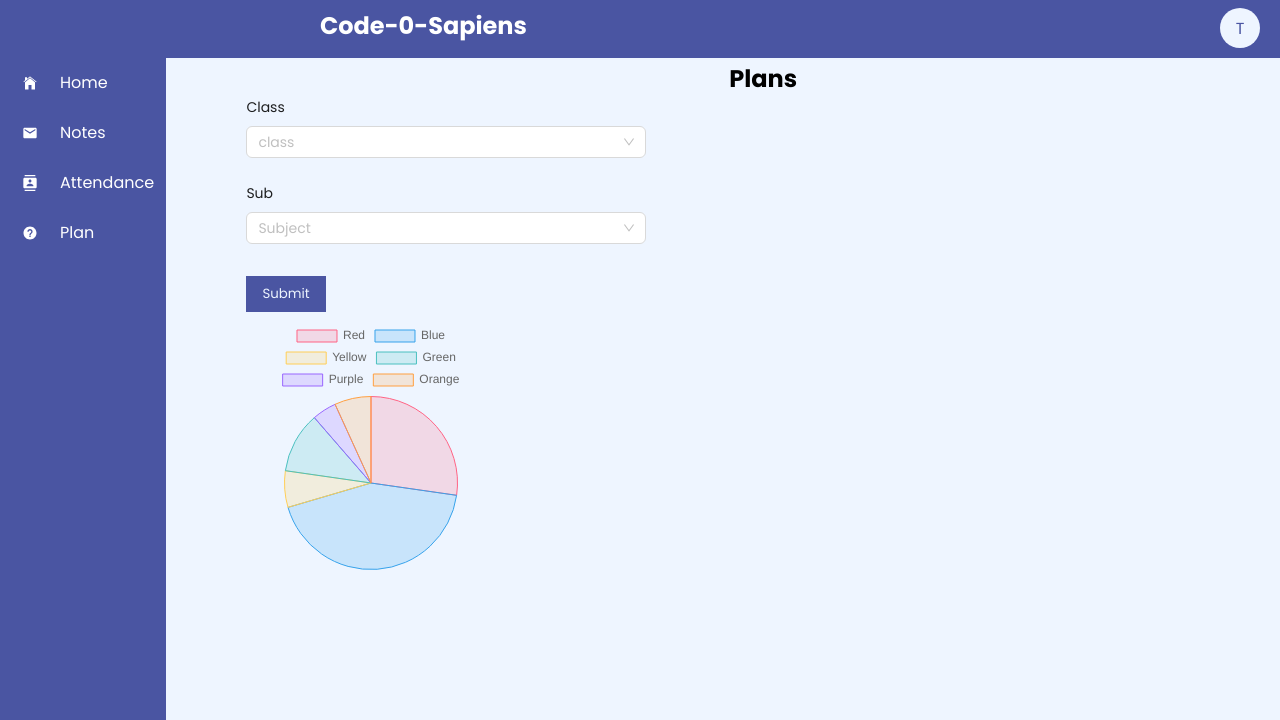
Repository: sinchana-P/code-0-sapiens
Page: /plans (app in client/)
The author's editor kept a copy of each file at every save. The page is drawn from the files as they stood at one save, then again after the next save.
The browser window is 1280 px wide. The pictures show the whole page.
The project was rebuilt for these pictures with package versions that can differ from the ones it lists, and the page was loaded fresh each time. Also part of the build but not shown: client/src/components/auth/login/FormLayoutLogin.jsx, client/src/components/auth/login/Login.jsx, client/src/components/auth/register/FormLayoutRegister.jsx, client/src/components/auth/register/Register.jsx, client/src/components/homeScene/Home.jsx, client/src/components/notes/Notes.jsx, client/src/components/attendance/Attendance.jsx, client/src/components/profile/Profile.jsx and 5 more.

Above is the page before, as saved 2024-03-01 07:28:38.

### client/public/index.html
<!DOCTYPE html>
<html lang="en">
  <head>
    <meta charset="utf-8" />
    <link rel="icon" href="%PUBLIC_URL%/favicon.ico" />
    <meta name="viewport" content="width=device-width, initial-scale=1" />
    <meta name="theme-color" content="#000000" />
    <meta
      name="description"
      content="Web site created using create-react-app"
    />
    <link rel="apple-touch-icon" href="%PUBLIC_URL%/logo192.png" />
    <!--
      manifest.json provides metadata used when your web app is installed on a
      user's mobile device or desktop. See https://developers.google.com/web/fundamentals/web-app-manifest/
    -->
    <link rel="manifest" href="%PUBLIC_URL%/manifest.json" />
    <!--
      Notice the use of %PUBLIC_URL% in the tags above.
      It will be replaced with the URL of the `public` folder during the build.
      Only files inside the `public` folder can be referenced from the HTML.

      Unlike "/favicon.ico" or "favicon.ico", "%PUBLIC_URL%/favicon.ico" will
      work correctly both with client-side routing and a non-root public URL.
      Learn how to configure a non-root public URL by running `npm run build`.
    -->
    <link rel="preconnect" href="https://fonts.googleapis.com">
<link rel="preconnect" href="https://fonts.gstatic.com" crossorigin>
<link href="https://fonts.googleapis.com/css2?family=Poppins:ital,wght@0,100;0,200;0,300;0,400;0,500;0,600;0,700;0,800;0,900;1,100;1,200;1,300;1,400;1,500;1,600;1,700;1,800;1,900&display=swap" rel="stylesheet">
    <title>Code-0-Sapiens</title>
  </head>
  <body>
    <noscript>You need to enable JavaScript to run this app.</noscript>
    <div id="root"></div>
    <!--
      This HTML file is a template.
      If you open it directly in the browser, you will see an empty page.

      You can add webfonts, meta tags, or analytics to this file.
      The build step will place the bundled scripts into the <body> tag.

      To begin the development, run `npm start` or `yarn start`.
      To create a production bundle, use `npm run build` or `yarn build`.
    -->
  </body>
</html>

### client/src/index.js
import React from 'react';
import ReactDOM from 'react-dom/client';
import './index.css';
import App from './App';
import reportWebVitals from './reportWebVitals';
import { BrowserRouter } from 'react-router-dom'
import { apiSlice } from './api/apiSlice';
import {ApiProvider} from '@reduxjs/toolkit/query/react'

const root = ReactDOM.createRoot(document.getElementById('root'));
root.render(
  <BrowserRouter>
    <React.StrictMode>
      <ApiProvider api={apiSlice}>
        <App />
      </ApiProvider>
    </React.StrictMode>
  </BrowserRouter>,
);

// If you want to start measuring performance in your app, pass a function
// to log results (for example: reportWebVitals(console.log))
// or send to an analytics endpoint. Learn more: https://bit.ly/CRA-vitals
reportWebVitals();

### client/src/App.jsx

import './App.css';
import { useState } from 'react';
import { Routes, Route } from 'react-router-dom'
import Login from './components/auth/login/Login'
import Register from './components/auth/register/Register';
import Topbar from './components/global/topbar/Topbar';
import Sidebar from './components/global/sidebar/Sidebar';
import Home from './components/homeScene/Home';
import Notes from './components/notes/Notes';
import Plans from './components/plans/Plans';
import Attendance from './components/attendance/Attendance';
import Profile from './components/profile/Profile';
import StudentSidebar from './components/global/sidebar/StudentSidebar';
import StdHome from './components/stdHome/StdHome';
import StdAttendance from './components/stdAttendance/StdAttendance'
import StdNotes from './components/stdNotes/StdNotes';
import StdDoubts from './components/stdDoubts/StdDoubts';

function App() {
  const [userRole, setUserRole] = useState('Teacher')

  return (
    <div className="App">
      <div className='app-container'>

      <Topbar userRole={userRole}/>

        <div className='main-content'>
          <div className='left-content-container'>

          {
            userRole === 'Teacher' ? (<Sidebar /> ) : (<StudentSidebar /> )
          }

          </div>
          <div className='right-content-container'>
            <Routes>
              <Route path='/login' element={ <Login/> } />
              <Route path='/register' element={ <Register/> } />
              <Route path='/home' element={ <Home/> } />
              <Route path='/notes' element={ <Notes/> } />
              <Route path='/attendance' element={ <Attendance/> } />
              <Route path='/plans' element={ <Plans/> } />
              {/* <Route path='/profile' element={ <Profile/> } /> */}
              <Route path='/student' element={ <StdHome/> } />
              <Route path='/student/attendance' element={ <StdAttendance/> } />
              <Route path='/student/attendance' element={ <StdNotes/> } />
              <Route path='/student/attendance' element={ <StdDoubts/> } />
            </Routes>
          </div>
        </div>
      </div>

    </div>
  );
}

export default App;

### client/src/api/apiSlice.js
import {createApi,fetchBaseQuery} from '@reduxjs/toolkit/query/react'


export const apiSlice = createApi({
       reducerPath:"api",
       baseQuery:fetchBaseQuery({baseUrl:""}),
       tagTypes:['auth', 'student'],
       endpoints:(builder)=>({
        register: builder.mutation({
            query: (data) => ({
                url: '/register',
                method: "POST",
                body: data
            }),
            invalidatesTags:['auth']
        }),
        login: builder.mutation({
            query: (data) => ({
                url: '/login',
                method: "POST",
                body: data
            }),
            invalidatesTags:['auth']
        }),
            //   getTodos:builder.query({
            //          query:()=>'/auth',
            //          transformResponse: (res: Todo[]) =>  {
            //                 // Ensure res is an array before sorting
            //                 console.log(res);

            //                 if (Array.isArray(res)) {
            //                     return res.sort((a, b) => b.id - a.id);
            //                 } else {
            //                     return res;
            //                 }
            //             },

            //          providesTags:['todos']
            //   }),
            //   addTodo:builder.mutation({
            //          query:(todo)=>({
            //                 url:'/todos',
            //                 method:"POST",
            //                 body:todo
            //          }),
            //          invalidatesTags:['todos']
            //   }),
            //   updateTodo:builder.mutation({
            //          query:(todo)=>({
            //                 url:/todos/${todo.id},
            //                 method:'PATCH',
            //                 body:todo
            //          }),
            //          invalidatesTags:['todos']
            //   }),
            //   deleteTodo:builder.mutation({
            //          query:(id)=>({

            //                 url:/todos/${id},
            //                 method:'DELETE',
            //                 body:id
            //          }),
            //          invalidatesTags:['todos']
            //   })

       })
})

export const { useRegisterMutation,useLoginMutation } = apiSlice

### client/src/App.css
@import url('https://fonts.googleapis.com/css2?family=Poppins:ital,wght@0,100;0,200;0,300;0,400;0,500;0,600;0,700;0,800;0,900;1,100;1,200;1,300;1,400;1,500;1,600;1,700;1,800;1,900&display=swap');

* {
  font-family: "Poppins", sans-serif;
}

/* --- */
.full-width-container {
  width: 100%;
  display: flex;
  justify-content: center;
  align-items: center;
}
/* --- */

.right-content-container {
  background-color: #EEF5FF;
  display: flex;
  align-items: start;
  justify-content: center;
}

.app-container {
  display: flex;
  flex-direction: column;
}

.main-content {
  display: flex;
  flex-direction: row;
}

.left-content-container {
  width: 13vw;
}

.right-content-container {
  width: 87vw;

}

### client/src/components/global/topbar/Topbar.jsx
import React, {useState} from 'react'
import './Topbar.css'

const Topbar = ({userRole}) => {
  // const [userRole, setUserRole] = useState('Teacher')

  return (
    <div className='topbar-container'>
        <h2 style={{textAlign: 'left'}} className='logo-text'>Code-0-Sapiens</h2>

        <div className='profile-div'>
          {userRole === 'Teacher' ? 'T' : (userRole === 'Student' ? 'S' : '')}
        </div>
    </div>
  )
}

export default Topbar

### client/src/components/global/sidebar/Sidebar.jsx
import './Sidebar.css'
import { SidebarData } from './SidebarData';
import { Link, NavLink } from 'react-router-dom';


const Sidebar=()=> {
  return (
    <div className='sidebar'>
       <ul className='sidebarList'>
        {
        SidebarData.map((value,key)=>{
            return (
              <NavLink to={value.route} key={key} className='row' >
                <div id='icon'>{value.icon}</div>
                <div id='title'>{value.title}</div>
              </NavLink>
            )
        })
        }
       </ul>
    </div>
  )
}

export default Sidebar

### client/src/components/plans/Plans.jsx
import React, {useState} from 'react';
import { Form, Select, Checkbox } from 'antd';
import './Plans.css'
import { Chart as ChartJS, ArcElement, Tooltip, Legend } from 'chart.js';
import { Pie } from 'react-chartjs-2';


const SidebarData = [
  {
    cls_id: '8',
    sub_id: '1',
    mod_id: 'Module 1',
    chp_id: 'Chapter 1',
    completed: true
  },
  {
    cls_id: '8',
    sub_id: '1',
    mod_id: 'Module 1',
    chp_id: 'Chapter 2',
    completed: false
  },
  {
    cls_id: '8',
    sub_id: '1',
    mod_id: 'Module 1',
    chp_id: 'Chapter 3',
    completed: true
  },
  {
    cls_id: '8',
    sub_id: '1',
    mod_id: 'Module 1',
    chp_id: 'Chapter 4',
    completed: false
  },
  {
    cls_id: '8',
    sub_id: '1',
    mod_id: 'Module 1',
    chp_id: 'Chapter 5',
    completed: true
  },
  {
    cls_id: '8',
    sub_id: '1',
    mod_id: 'Module 2',
    chp_id: 'Chapter 1',
    completed: false
  },
  {
    cls_id: '8',
    sub_id: '1',
    mod_id: 'Module 2',
    chp_id: 'Chapter 2',
    completed: true
  },
  {
    cls_id: '8',
    sub_id: '1',
    mod_id: 'Module 2',
    chp_id: 'Chapter 3',
    completed: true
  },
  {
    cls_id: '8',
    sub_id: '1',
    mod_id: 'Module 2',
    chp_id: 'Chapter 4',
    completed: true
  },
  {
    cls_id: '8',
    sub_id: '1',
    mod_id: 'Module 2',
    chp_id: 'Chapter 5',
    completed: true
  }
];

const CheckboxGroup = Checkbox.Group;
ChartJS.register(ArcElement, Tooltip, Legend);

const Plans = () => {

    const [isSubmit, setIsSubmit] = useState(false)

    const data = {
      labels: ['Red', 'Blue', 'Yellow', 'Green', 'Purple', 'Orange'],
      datasets: [
        {
          label: '# of Votes',
          data: [12, 19, 3, 5, 2, 3],
          backgroundColor: [
            'rgba(255, 99, 132, 0.2)',
            'rgba(54, 162, 235, 0.2)',
            'rgba(255, 206, 86, 0.2)',
            'rgba(75, 192, 192, 0.2)',
            'rgba(153, 102, 255, 0.2)',
            'rgba(255, 159, 64, 0.2)',
          ],
          borderColor: [
            'rgba(255, 99, 132, 1)',
            'rgba(54, 162, 235, 1)',
            'rgba(255, 206, 86, 1)',
            'rgba(75, 192, 192, 1)',
            'rgba(153, 102, 255, 1)',
            'rgba(255, 159, 64, 1)',
          ],
          borderWidth: 1,
        },
      ],
    };

  // Grouping chapters by module
  const groupedChapters = SidebarData.reduce((acc, curr) => {
    const { mod_id, chp_id } = curr;
    if (!acc[mod_id]) {
      acc[mod_id] = [];
    }
    acc[mod_id].push(chp_id);
    console.log('acc');
    console.log(acc);
    return acc;
  }, {});

  const handleSubmit = () => {
    setIsSubmit(true)
  }

  return (
    <div className='plans-main'>
      <h2 className='heading'>Plans</h2>
        <Form
            layout="vertical"
            name="basic"
            labelCol={{ span: 8 }}
            wrapperCol={{ span: 16 }}
            style={{ maxWidth: 600 }}
            initialValues={{ remember: true }}
            autoComplete="off"
        >
            <Form.Item label="Class" rules={[{ required: true, message: 'Please select class!' }]}>
            <Select placeholder="class">
                <Select.Option value="class8">Class 8</Select.Option>
                <Select.Option value="class9">Class 9</Select.Option>
                <Select.Option value="class10">Class 10</Select.Option>
            </Select>
            </Form.Item>
            <Form.Item label="Sub" rules={[{ required: true, message: 'Please select class!' }]}>
            <Select placeholder="Subject">
                <Select.Option value="maths">Maths</Select.Option>
                <Select.Option value="science">Science</Select.Option>
                <Select.Option value="social">Social</Select.Option>
            </Select>
            </Form.Item>
        </Form>

        <button onClick={handleSubmit}>Submit</button>

        <div>
            <div>
                {isSubmit && (
                    <>
                    {Object.keys(groupedChapters).map((module, index) => (

                      <div key={index} className='module-chapters-checkbox'>
                      <h3>{module}</h3>
                      <CheckboxGroup>
                          {groupedChapters[module].map((chapter, i) => (
                          <Checkbox checked key={i} value={chapter} style={{width: '1200px'}} >
                              {chapter}
                          </Checkbox>
                          ))}
                      </CheckboxGroup>

                      </div>

                  ))}
                  <button>Update Plan</button>
                    </>


                )}


            </div>

            <div style={{width:'250px', height: '250px'}}>
              <Pie
                data={data}
                width={50}
                height={50}
              />
            </div>



        </div>


      </div>

  );
}

export default Plans;

### client/src/components/auth/login/Login.css
.login-container{
    padding: 1rem 0;
    /* background-color: pink; */
    width: 50vw;

}

h2 {
    text-align: center;
    margin-left: 20rem;
}

### client/src/components/auth/register/Register.css
.register-container{
    padding: 1rem 0;
    /* background-color: pink; */
    width: 50vw;

}

h2 {
    text-align: center;
    margin-left: 20rem;
}

### client/src/components/global/topbar/Topbar.css
.topbar-container {
    background-color: #4A55A2;
    min-width: 95vw;
    height: 4rem;
    display: flex;
    flex-direction: row;
    justify-content: space-between;
}

.profile-div {
    background-color: #EEF5FF;
    color: #4a55a2;
    width: 40px;
    height: 40px;
    border-radius: 50%;
    display: flex;
    justify-content: center;
    align-items: center;
    margin-top: 8px;
    margin-right: 20px;
}

.logo-text {
    color: white;
    /* text-align: center; */
    margin-top: 0.5rem;
}

### client/src/components/global/sidebar/Sidebar.css
*{
    margin: 0;
    padding: 0;
  }
  .App{
    width: 100vw;
    height: 100vh;
    display: flex;
  }

  .sidebar{
    height: 92vh;
    width: 200px;
    background-color: #4A55A2;
  }

  .sidebarList{
    height: auto;
    width: 100%;
    padding: 0;
  }

  .sidebarList .row{
    width: 100%;
    height: 50px;
    list-style-type: none;
    margin: 0;
    display: flex;
    flex-direction: row;
    color: white;
    justify-content: center;
    align-items: center;
    text-decoration: none;
  }

  .sidebarList .row:hover{
    cursor: pointer;
    background-color: #EEF5FF;
    color: black;

  }

  .row #icon{
    flex: 30%;
    display: grid;
    place-items: center;
  }

  .row #title{
    flex: 70%;
  }

  .row .active {
    background-color: #EEF5FF;
    color: black;
  }

### client/src/components/global/sidebar/SidebarData.js
import { IoIosHome,IoMdHelpCircle } from "react-icons/io";
import { MdEmail,MdContacts } from "react-icons/md";
import { FaRegCalendarCheck } from "react-icons/fa";


export const SidebarData=[
       {
              title:"Home",
              icon:<IoIosHome />,
              route:"/"
       },
       {
              title:"Notes",
              icon:<MdEmail />,
              route:"/notes"
       },
       {
              title:"Attendance",
              icon:<MdContacts />,
              route:"/attendance"
       },
       {
              title:"Plan",
              icon:<IoMdHelpCircle />,
              route:"/plans"
       },
       // {
       //        title:"Profile",
       //        icon:<FaRegCalendarCheck />,
       //        route:"/profile"
       // },
]

### client/src/components/notes/Notes.css
.notes-main {
    width: 87vw;
}

.heading {
    margin-left: 28rem;
}

.notes-container{
    margin: 1rem 18rem;
}

.notes-form-container {
    padding: 1rem 0;
}

.notes-upload-main {
    display: flex;
    flex-direction: row;
}


.notes-upload-container {
    display: flex;
    flex-direction: column;
}

.notes-pdf, .notes-link {
    display: flex;
    flex-direction: row;
    padding: 0.5rem 0;
}

.notes-upload-container {
    padding: 0rem 1rem;
}

p{
    font-weight: bold;
}

### client/src/components/plans/Plans.css
.plans-main{
    width: 87vw;
    padding: 0.2rem 5rem;
    /* max-height: 90vh; */

}

.module-chapters-checkbox {
    display: flex;
    flex-direction: column;
    justify-content: start;
}

.heading {
    margin-left: 5rem;
}

### client/src/components/attendance/Attendance.css
.attendance-main {
    /* background-color: pink; */
    width: 80vw;
}

.attendance-class {
    /* background-color: pink; */
}

.attendance-class-inputs-container {
    display: flex;
    flex-direction: row;
    min-width: 80vw;
}

.attendance-class-each {
    width: 15rem;
    margin: 2rem;
}

button {
    background-color: #4a55a2;
    color: #EEF5FF;
    border: none;
    padding: 0.5rem 1rem;
    margin: 0.5rem 0;
}

button:hover {
    background-color: #b9cae3;
    color: #4a55a2;
    cursor: pointer;
}

### client/src/components/global/sidebar/StudentSidebarData.js
import { IoIosHome,IoMdHelpCircle } from "react-icons/io";
import { MdEmail,MdContacts } from "react-icons/md";
import { FaRegCalendarCheck } from "react-icons/fa";


export const StudentSidebarData=[
       {
              title:"Home",
              icon:<IoIosHome />,
              route:"/student"
       },
       {
              title:"Attendance",
              icon:<MdEmail />,
              route:"/student/attendance"
       },
       {
              title:"Notes",
              icon:<MdContacts />,
              route:"/student/notes"
       },
       {
              title:"Doubts",
              icon:<IoMdHelpCircle />,
              route:"/student/doubts"
       },
       // {
       //        title:"Profile",
       //        icon:<FaRegCalendarCheck />,
       //        route:"/profile"
       // },
]

### client/src/components/stdAttendance/StdAttendance.css
.attendance-main {
    /* background-color: pink; */
    width: 87vw;
    padding: 1rem 20rem;
}

.attendance-class {
    /* background-color: pink; */
}

.attendance-class-inputs-container {
    display: flex;
    flex-direction: row;
    min-width: 80vw;
}

.attendance-class-each {
    width: 15rem;
    margin: 2rem;
}

button {
    background-color: #4a55a2;
    color: #EEF5FF;
    border: none;
    padding: 0.5rem 1rem;
    margin: 0.5rem 0;
}

button:hover {
    background-color: #b9cae3;
    color: #4a55a2;
    cursor: pointer;
}

.header {
    margin: 1rem 5rem;
}

Loaded but not shown: client/src/index.css (common file); client/src/reportWebVitals.js (common file)

After the next save:
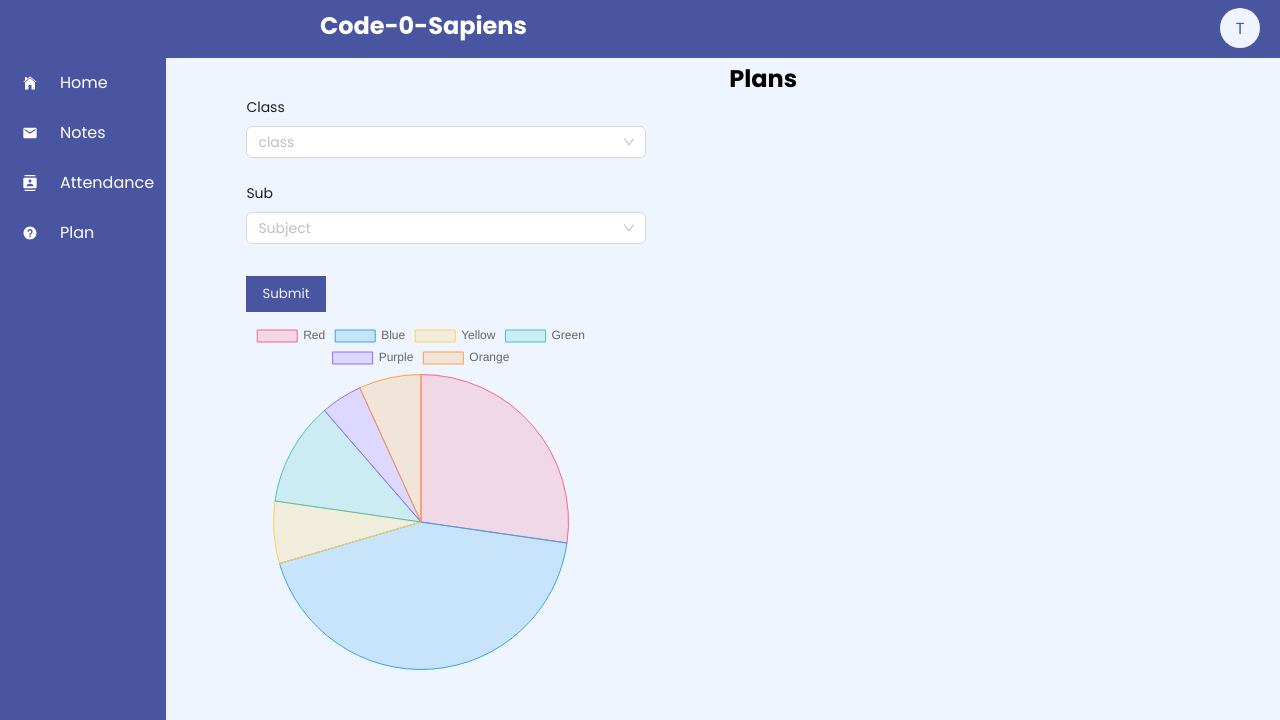
Saved 7 s later.
--- a/client/src/components/plans/Plans.jsx
+++ b/client/src/components/plans/Plans.jsx
@@ -186,7 +186,7 @@ const Plans = () => {
 
             </div>
 
-            <div style={{width:'250px', height: '250px'}}>
+            <div style={{width:'350px', height: '350px'}}>
               <Pie
                 data={data}
                 width={50}
